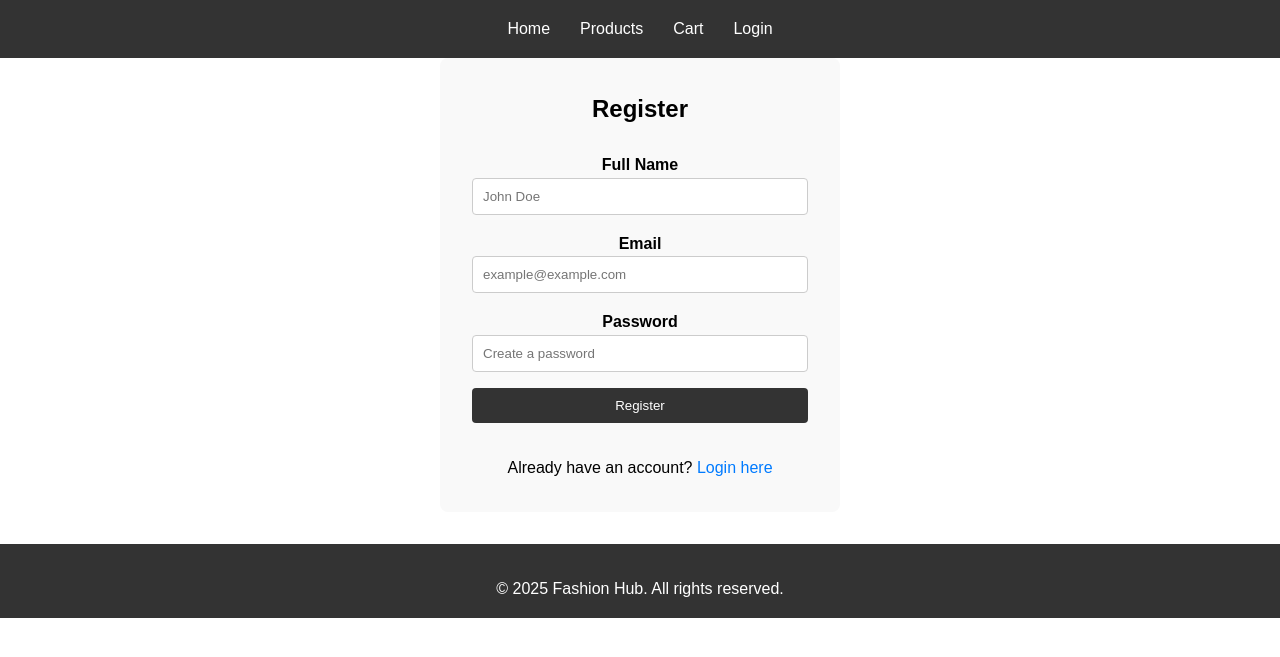
Repository: Patience225/ecommerce-app
Page: register.html
The author's editor kept a copy of each file at every save. The page is drawn from the files as they stood at one save, then again after the next save.
The browser window is 1280 px wide. The pictures show the whole page.

Above is the page before, as saved 2025-01-30 10:27:49.

After the next save:
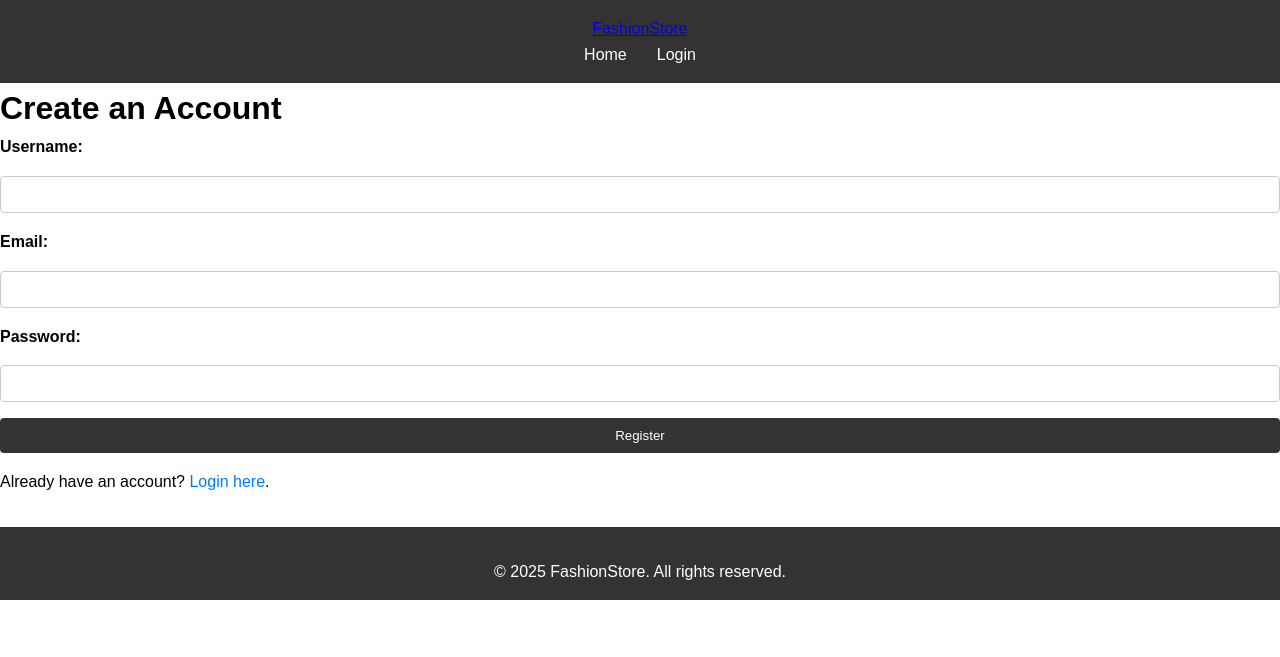
Saved 4 min 49 s later.
--- a/register.html
+++ b/register.html
@@ -3,48 +3,41 @@
 <head>
   <meta charset="UTF-8">
   <meta name="viewport" content="width=device-width, initial-scale=1.0">
-  <title>Register - Fashion Hub</title>
+  <title>Register - FashionStore</title>
   <link rel="stylesheet" href="css/style.css">
 </head>
 <body>
   <header>
-    <nav>
-      <ul>
+    <nav class="navbar">
+      <a href="index.html" class="logo">FashionStore</a>
+      <ul class="nav-links">
         <li><a href="index.html">Home</a></li>
-        <li><a href="product.html">Products</a></li>
-        <li><a href="cart.html">Cart</a></li>
         <li><a href="login.html">Login</a></li>
       </ul>
     </nav>
   </header>
 
   <main>
-    <section class="auth-section">
-      <h1>Register</h1>
+    <h1>Create an Account</h1>
+    <section class="auth-container">
       <form id="register-form">
-        <div class="form-group">
-          <label for="name">Full Name</label>
-          <input type="text" id="name" name="name" required placeholder="John Doe">
-        </div>
+        <label for="username">Username:</label>
+        <input type="text" id="username" required>
 
-        <div class="form-group">
-          <label for="email">Email</label>
-          <input type="email" id="email" name="email" required placeholder="example@example.com">
-        </div>
+        <label for="email">Email:</label>
+        <input type="email" id="email" required>
 
-        <div class="form-group">
-          <label for="password">Password</label>
-          <input type="password" id="password" name="password" required placeholder="Create a password">
-        </div>
+        <label for="password">Password:</label>
+        <input type="password" id="password" required>
 
         <button type="submit">Register</button>
-        <p>Already have an account? <a href="login.html">Login here</a></p>
       </form>
+      <p>Already have an account? <a href="login.html">Login here</a>.</p>
     </section>
   </main>
 
   <footer>
-    <p>&copy; 2025 Fashion Hub. All rights reserved.</p>
+    <p>&copy; 2025 FashionStore. All rights reserved.</p>
   </footer>
 
   <script src="js/auth.js"></script>
